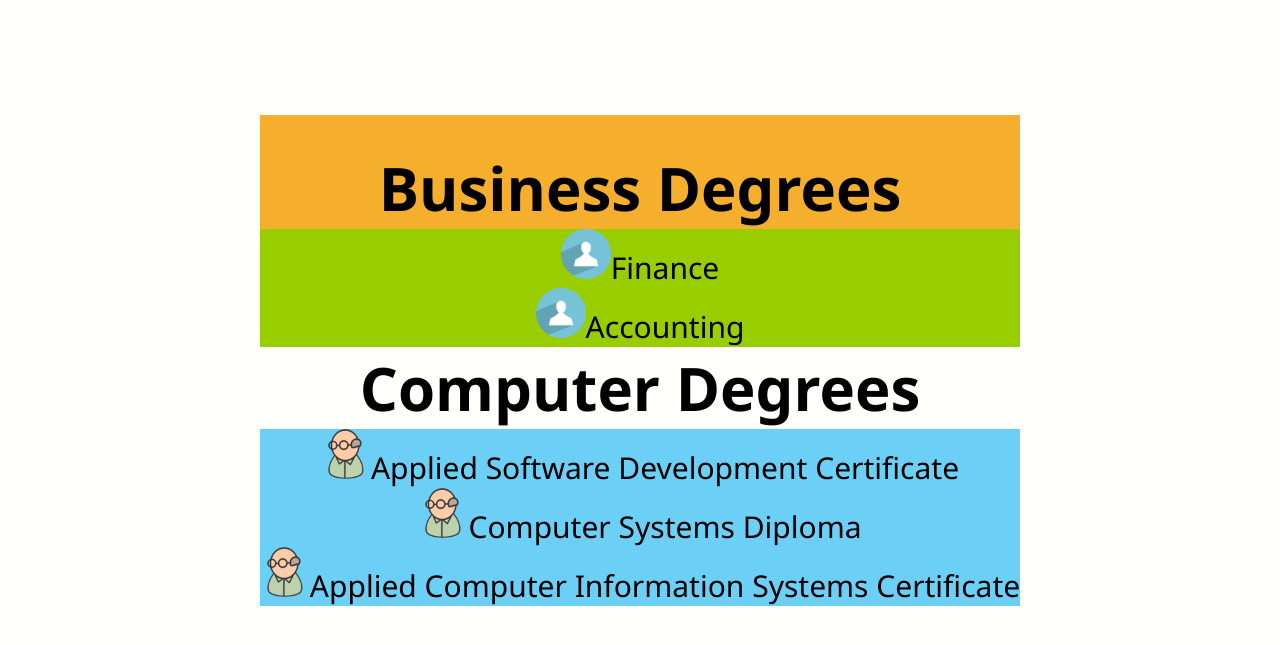
Repository: NeemaToto/mdia2109week3
Page: /
An editor plug-in stored every save of this project. The page is shown before and after the next save, followed by the edit.
The browser window is 1280 px wide. The pictures show the whole page.
The project was rebuilt for these pictures with package versions that can differ from the ones it lists, and the page was loaded fresh each time. The framework's server and built-in components were replaced by stand-ins that run in the browser. Also part of the build but not shown: next.config.js.

Above is the page before, as saved 2023-01-19 13:00:48.

After the next save:
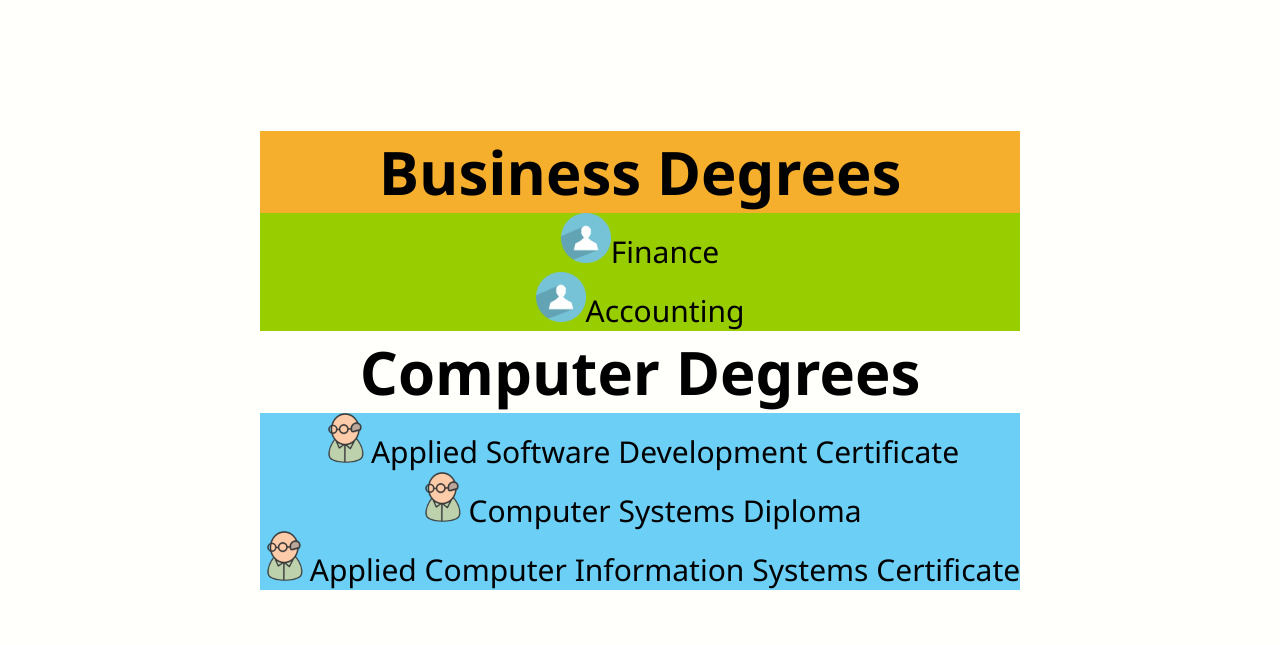
Saved 8 s later.
--- a/styles/Home.module.css
+++ b/styles/Home.module.css
@@ -286,7 +286,6 @@
 
 .businessContainer{
   background-color: #F6AE2D;
-  padding-top: 2.0rem;
   display: flex;
   flex-direction: column;
 }
